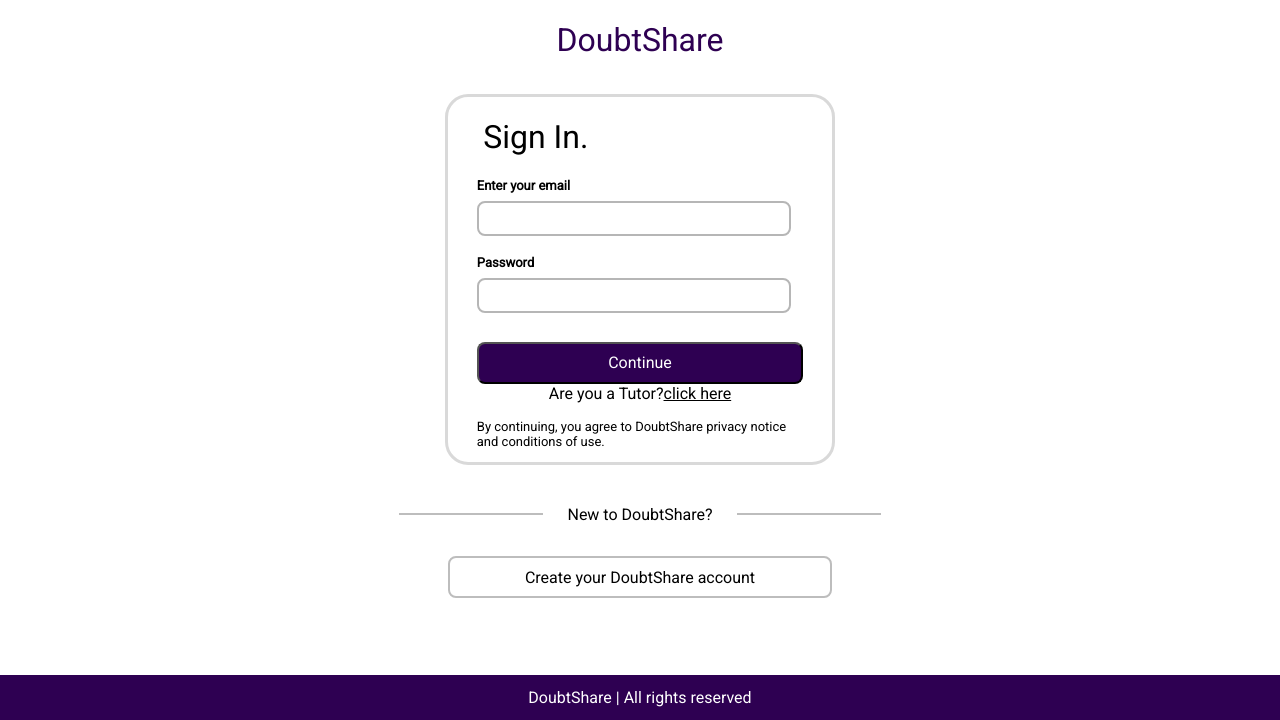
Repository: drumsmanku/doubtshare
Page: /login/student (app in frontend/)
These files come from the project's save history. The page is drawn as it stood at one moment and after the next save; the edit follows.
The browser window is 1280 px wide. The pictures show the whole page.
The project was rebuilt for these pictures with package versions that can differ from the ones it lists, and the page was loaded fresh each time. Also part of the build but not shown: frontend/src/App.css, frontend/src/Components/Register/Register.js, frontend/src/Components/Dashboard/Dashboard.js, frontend/src/Components/LoginTutor/LoginTutor.js, frontend/src/Components/RegisterTutor/RegisterTutor.js.

Above is the page before, as saved 2023-12-30 11:58:37.

After the next save:
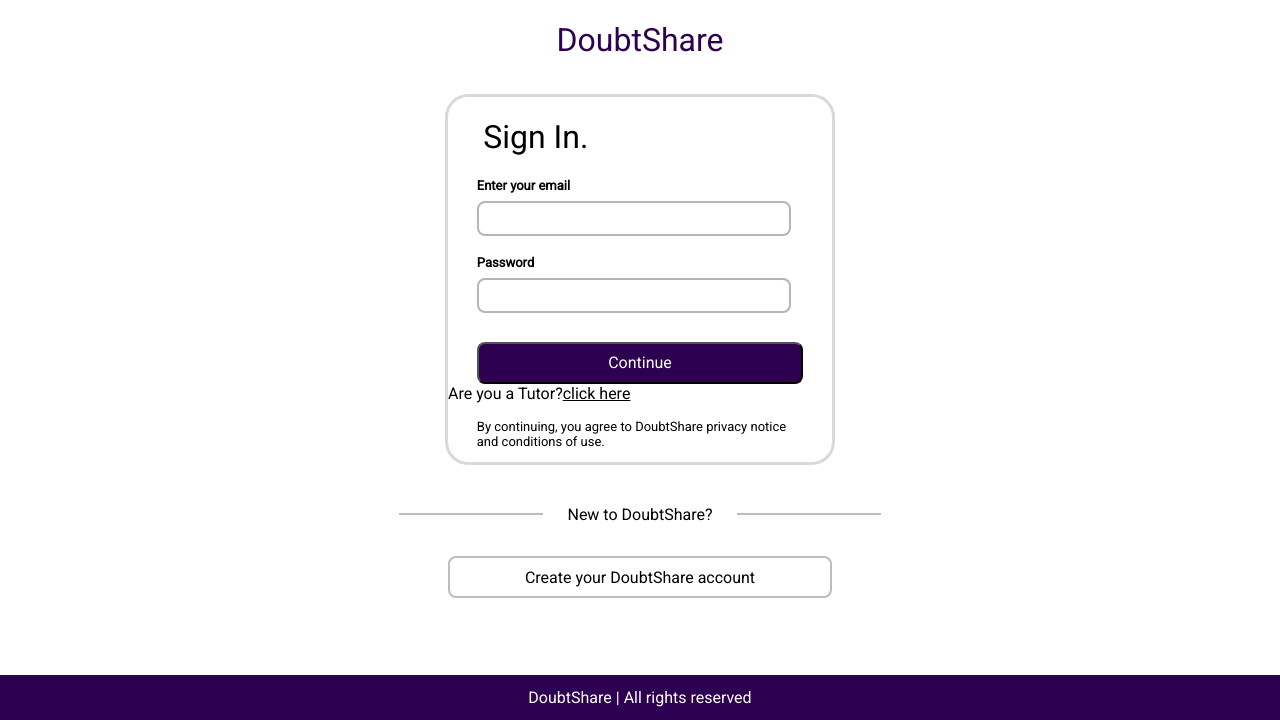
Saved 13 s later.
--- a/frontend/src/Components/Login/Login.js
+++ b/frontend/src/Components/Login/Login.js
@@ -83,7 +83,7 @@ function Login() {
             <button className={styles.buttonStyles} type="submit" style={{ cursor:'pointer'}} onClick={login}>Continue</button>
           </div>
 
-          <div style={{width:'100%', display:'flex', justifyContent:'center'}}>
+          <div style={{width:'100%', display:'flex'}}>
             Are you a Tutor?
              <u style={{ cursor:'pointer'}} onClick={()=>{navigate('/login/tutor')}}>click here</u>
           </div>
